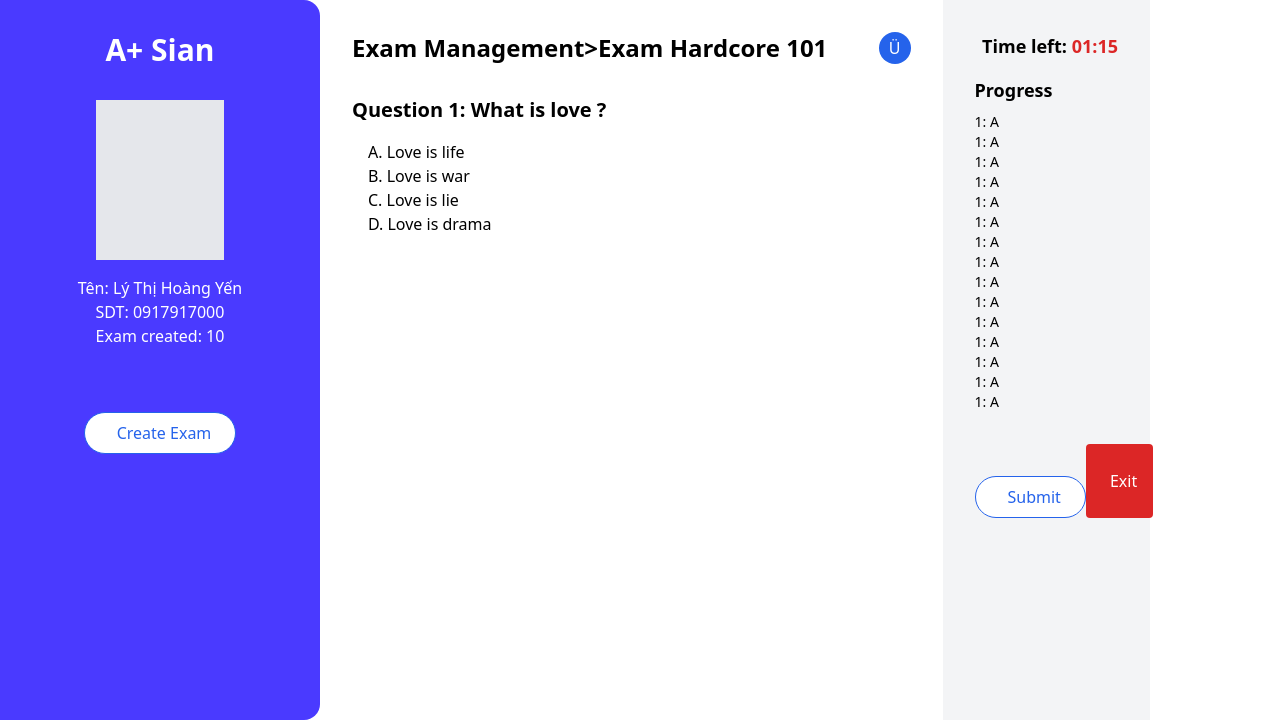
Repository: LyThiHoangYen/A_client
Page: / (app in online-exam-system-frontend/)
These files come from the project's save history. The page is drawn as it stood at one moment and after a run of saves; the edit follows.
The browser window is 1280 px wide. The pictures show the whole page.
The project was rebuilt for these pictures with package versions that can differ from the ones it lists, and the page was loaded fresh each time.

Above is the page before, as saved 2024-10-23 14:26:20.

After the next 3 saves:
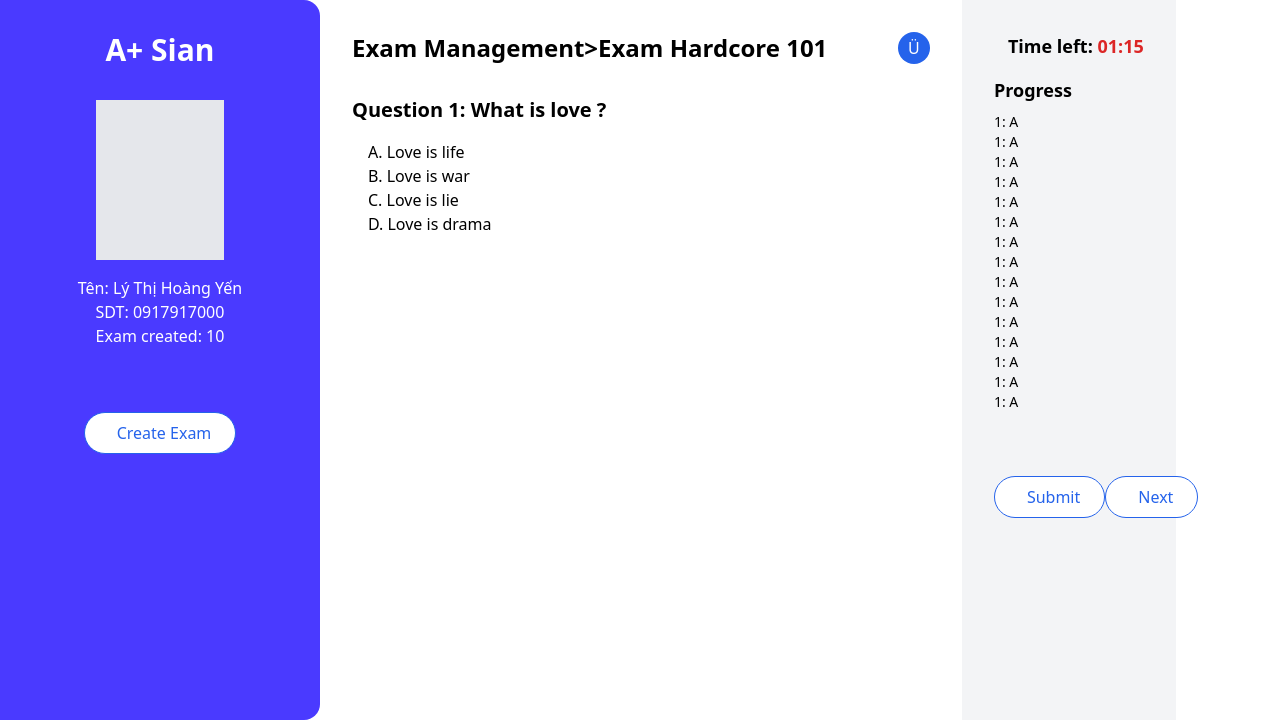
The 3 saves are shown as one change because 1 did not build or start and some came seconds apart.
The last was saved 20 s later.
--- a/online-exam-system-frontend/src/components/rightSideBarExam.js
+++ b/online-exam-system-frontend/src/components/rightSideBarExam.js
@@ -21,9 +21,7 @@ function SidebarRight () {
         </div>
         <div className="flex justify-between">
             <Button text="Submit" />
-          <button className="bg-red-600 text-white px-4 py-2 rounded flex items-center">
-            <i className="fas fa-times mr-2"></i> Exit
-          </button>
+            <Button text="Next" />
         </div>
       </div>
     );
